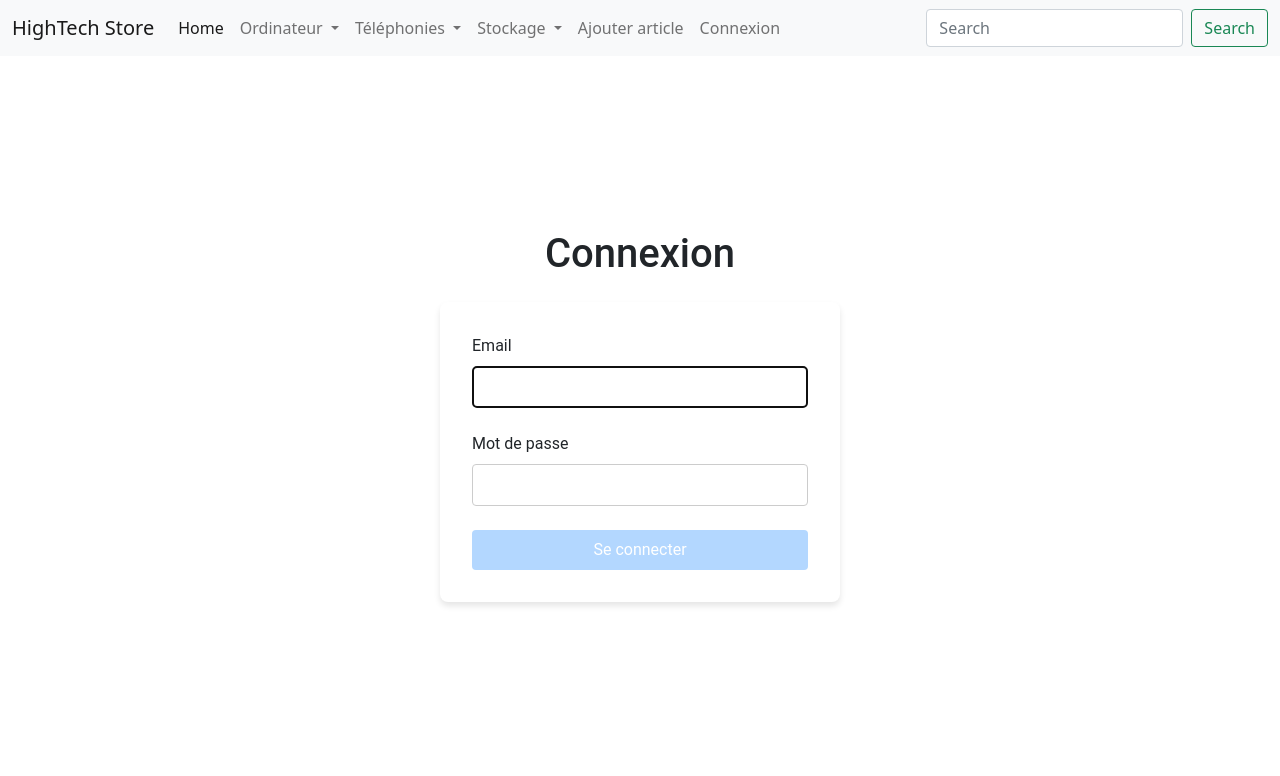
Repository: HaPhuong-krys/M1-angular
Page: /Connexion
An editor plug-in stored every save of this project. The page is shown before and after the next save, followed by the edit.
The browser window is 1280 px wide. The pictures show the whole page.
The project was rebuilt for these pictures with package versions that can differ from the ones it lists, and the page was loaded fresh each time. Also part of the build but not shown: angular.json, src/app/home/home.component.ts, src/app/pc-bureau/pc-bureau.component.ts, src/app/pc-portable/pc-portable.component.ts, src/app/ajouter-article-form/ajouter-article-form.component.ts, src/app/Model/Articles.ts, src/app/accessoire-ordi/accessoire-ordi.component.ts, src/app/smart-phone/smart-phone.component.ts and 10 more.

Above is the page before, as saved 2023-04-22 23:55:56.

After the next save:
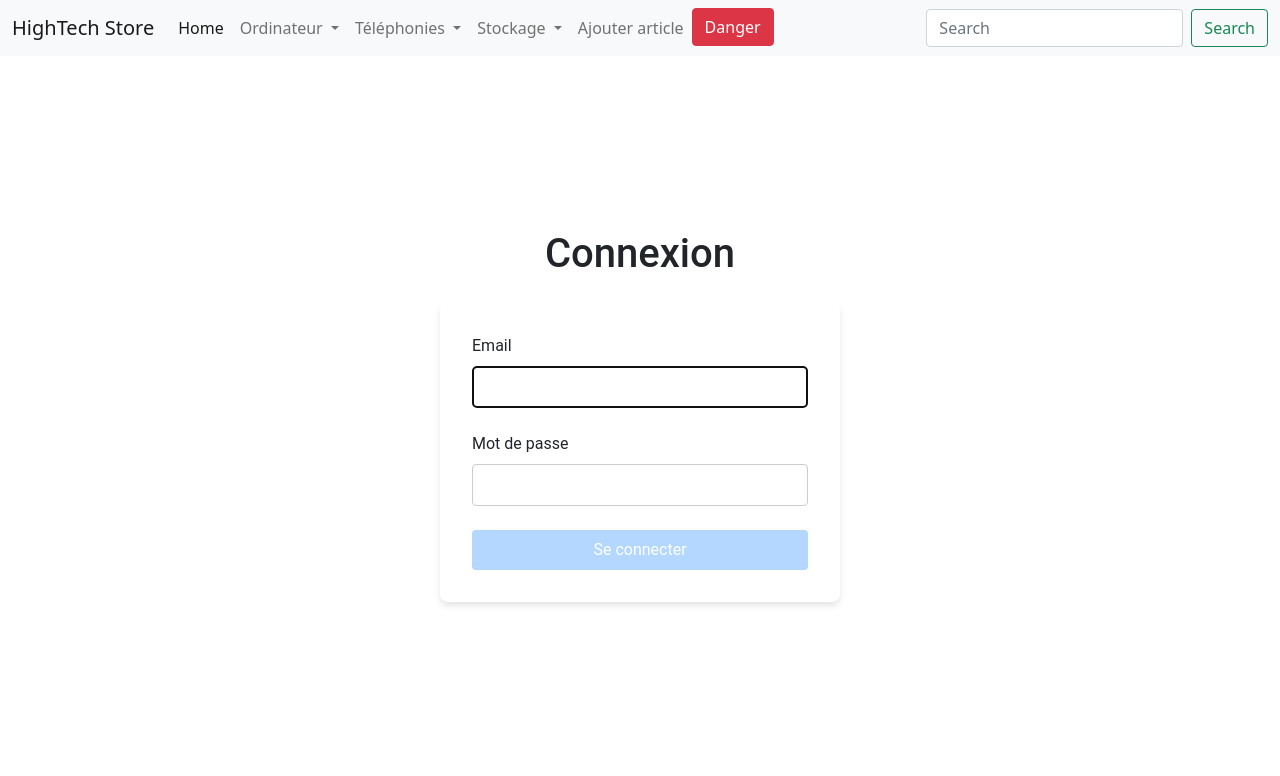
Saved 57 s later.
--- a/src/app/navbar/navbar.component.html
+++ b/src/app/navbar/navbar.component.html
@@ -50,7 +50,7 @@
           </li>
 
           <li class="nav-item">
-            <a class="nav-link" href="/Connexion">Connexion  </a>
+            <button type="button" class="btn btn-danger">Danger</button>
           </li>
         </ul>
         <form class="d-flex">
